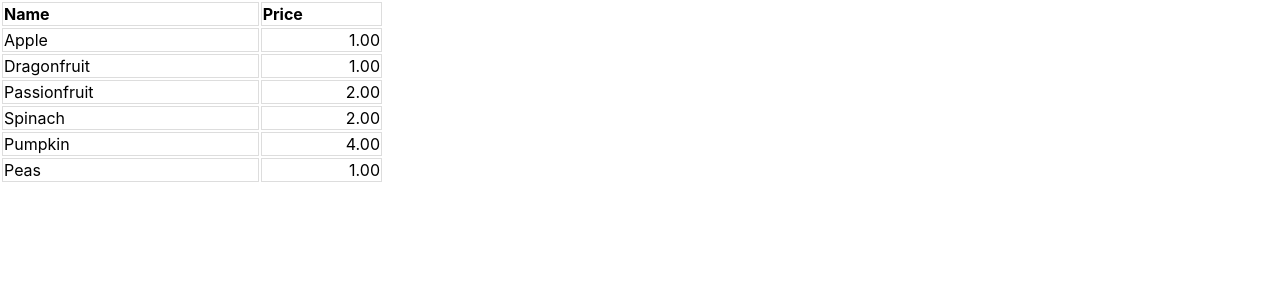
Repository: mariocapitbrok/reactjs-learn
Page: / (app in 05_filtered-data-table/)
The author's editor kept a copy of each file at every save. The page is drawn from the files as they stood at one save, then again after the next save.
The browser window is 1280 px wide. The pictures show the whole page.
The project was rebuilt for these pictures with package versions that can differ from the ones it lists, and the page was loaded fresh each time.

Above is the page before, as saved 2023-02-26 00:11:22.

### 05_filtered-data-table/src/App.js
import Table from './components/Table'
import styled from 'styled-components'
import './App.css'

function App() {
  return (
    <div className="App">
      <Table data={data} />
    </div>
  )
}

export default App

const PRODUCTS = [
  { category: 'Fruits', price: '$1', stocked: true, name: 'Apple' },
  { category: 'Fruits', price: '$1', stocked: true, name: 'Dragonfruit' },
  { category: 'Fruits', price: '$2', stocked: false, name: 'Passionfruit' },
  { category: 'Vegetables', price: '$2', stocked: true, name: 'Spinach' },
  { category: 'Vegetables', price: '$4', stocked: false, name: 'Pumpkin' },
  { category: 'Vegetables', price: '$1', stocked: true, name: 'Peas' },
]

const data = PRODUCTS.map(p => ({
  name: p.name,
  price: parseFloat(p.price.slice(1)).toFixed(2),
}))

### 05_filtered-data-table/src/components/Table.jsx
import '../App.css'

function Table({ data }) {
  const tableHeaders = createTableHeaders(data)

  const tableRows = createTableRows(data)

  return (
    <table id={getTableId(data)}>
      <thead>{tableHeaders}</thead>
      <tbody>{tableRows}</tbody>
    </table>
  )
}

export default Table

function getTableId(arr) {
  const firstObj = arr[0]
  let result = ''
  let maxLength = 16

  for (const key in firstObj) {
    const firstThreeChars = key.slice(0, 3)
    result += firstThreeChars
    if (result.length >= maxLength) {
      break
    }
  }

  return result
}

function createTableHeaders(data) {
  const keys = Object.keys(data[0])
  const headerCells = keys.map(key => (
    <th key={key} className={key}>
      {key}
    </th>
  ))

  return <tr>{headerCells}</tr>
}

function createTableRows(data) {
  return data.map(row => {
    const cells = Object.entries(row).map(([key, value]) => (
      <td key={row.id ? `${row.id}-${key}` : createUniqueId()} className={key}>
        {value}
      </td>
    ))
    return <tr key={row.id || createUniqueId()}>{cells}</tr>
  })
}

function createUniqueId() {
  const randomStr = Math.random().toString(36).slice(2, 11)
  return `${randomStr}`
}

### 05_filtered-data-table/src/App.css

/* Table*/
#nampri {
  width: 30%;
  min-width: 200px;
}

#nampri th {
  text-align: left;
}

#nampri th, #nampri td {
  border: 1px solid #ddd;
}

td.price {
  text-align: right;
}

th {
  text-transform: capitalize;
}

### 05_filtered-data-table/src/components/SearchBar.jsx
function SearchBar() {
  return (
    <div>
      <h2>SearchBar</h2>
    </div>
  )
}

export default SearchBar

Loaded but not shown: 05_filtered-data-table/public/index.html (common file); 05_filtered-data-table/src/index.js (common file); 05_filtered-data-table/src/index.css (common file); 05_filtered-data-table/src/reportWebVitals.js (common file)

After the next save:
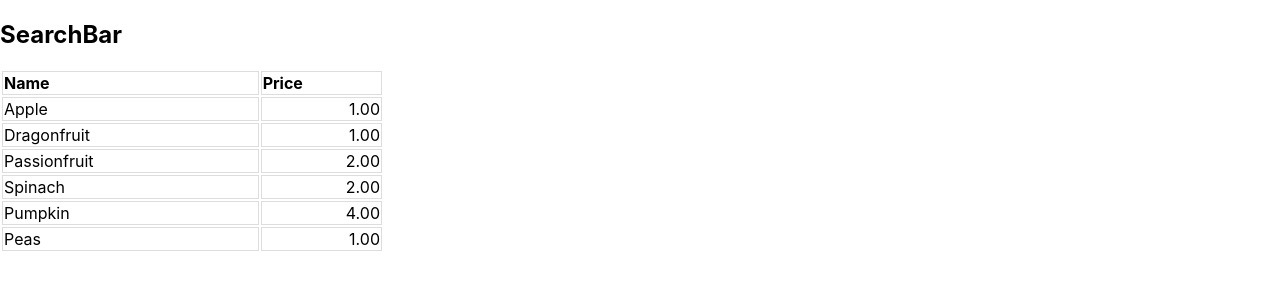
Saved 53 s later.
--- a/05_filtered-data-table/src/App.js
+++ b/05_filtered-data-table/src/App.js
@@ -1,10 +1,11 @@
+import SearchBar from './components/SearchBar'
 import Table from './components/Table'
-import styled from 'styled-components'
 import './App.css'
 
 function App() {
   return (
     <div className="App">
+      <SearchBar />
       <Table data={data} />
     </div>
   )
